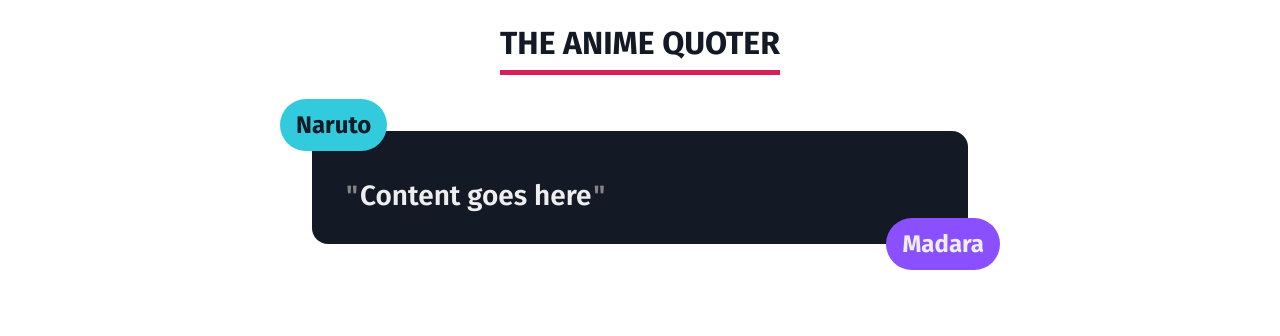
Repository: kate30980/quote-generator-vuejs
Page: /
The author's editor kept a copy of each file at every save. The page is drawn from the files as they stood at one save, then again after the next save.
The browser window is 1280 px wide. The pictures show the whole page.
The page's requests for data from a server got no answer. The project was rebuilt for these pictures with package versions that can differ from the ones it lists, and the page was loaded fresh each time. No one was signed in, and anything a server would have sent is missing.

Above is the page before, as saved 2021-08-24 14:44:53.

After the next save:
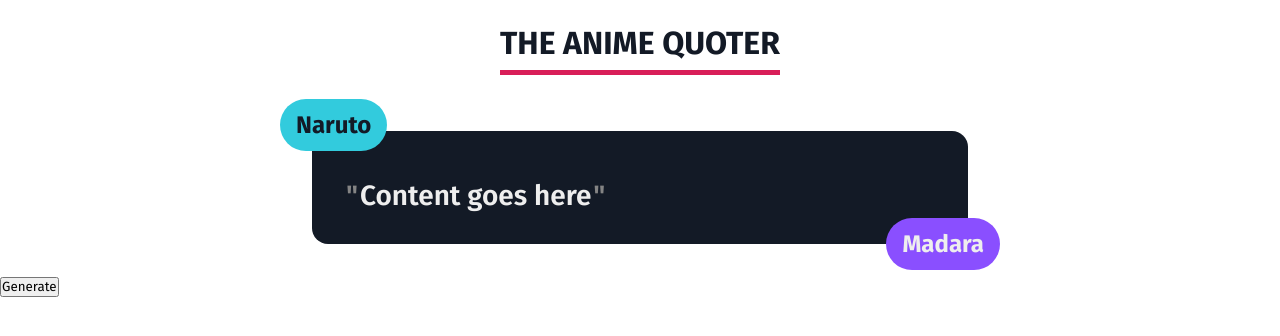
Saved 20 min 29 s later.
--- a/src/App.vue
+++ b/src/App.vue
@@ -1,14 +1,17 @@
 <template>
   <div class="app">
     <Header title="The Anime Quoter" />
-    <Quote :quote="quote " />
+    <Quote :quote="quote" />
+    <div class="button-container">
+      <button @click="getQuote">Generate</button>
+    </div>
   </div>
 </template>
 
 <script>
 
 import Header from './components/Header.vue';
-import Quote from './components/Quote.vue'
+import Quote from './components/Quote.vue';
 
 export default {
   name: 'App',
